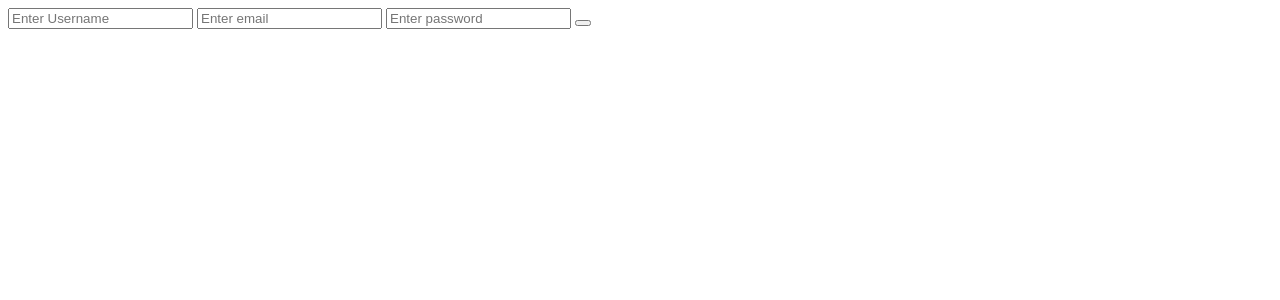
Repository: Mohitkumar1322/backend_dev
Page: http://localhost/register
An editor plug-in stored every save of this project. The page is shown before and after the next save, followed by the edit.
The browser window is 1280 px wide. The pictures show the whole page.
The page is served by the project's Node server (app.js). Other server files are loaded and not shown.

Above is the page before, as saved 2024-10-30 21:56:18.

### views/register.ejs
<!DOCTYPE html>
<html lang="en">
<head>
    <meta charset="UTF-8">
    <meta name="viewport" content="width=device-width, initial-scale=1.0">
    <title>Document</title>
</head>
<body>
    <form action="">
        <input type="text" name ="username" placeholder="Enter Username">
        <input type="email" name="email" placeholder="Enter email">
        <input type="password" name="password" placeholder="Enter password">
        <button></button>
    </form>
</body>
</html>

### app.js
const express = require('express');
const morgan = require('morgan');
const app = express();
const dbConnection = require('./config/db');
const userModel = require('./models/user');
//this is the view engine that we are using  for the app

app.use(morgan('dev'))
//this is the view engine that we are using  for the app this morgan is used to log the request that we are making to the server
app.set('view engine', 'ejs');

app.use(express.urlencoded({extended: true}))
//this is the middleware that we are using for the app to parse the data that we are sending to the server
app.use(express.static('public'))
//this is the middleware that we are using for the app to use the static files that we are using for the app
app.use(express.json())


//this is middlware that we are using for the app
app.use((req, res, next) => {
    console.log('Middleware is running')
    //this is the next function that we are using for the app which is used to move to the next middleware
    return next();

})


// routing for the app express is a function that returns an object
app.get('/', (req, res) => {
    res.render('index');
})

app.get('/register',(req, res) => {
    res.render('register')
})

app.post('/form-data', (req, res) => {
    console.log(req.body)
    res.send('data recieves')
})

app.listen(3000, () => {
    console.log('Server is running on port 3000');
})

After the next save:
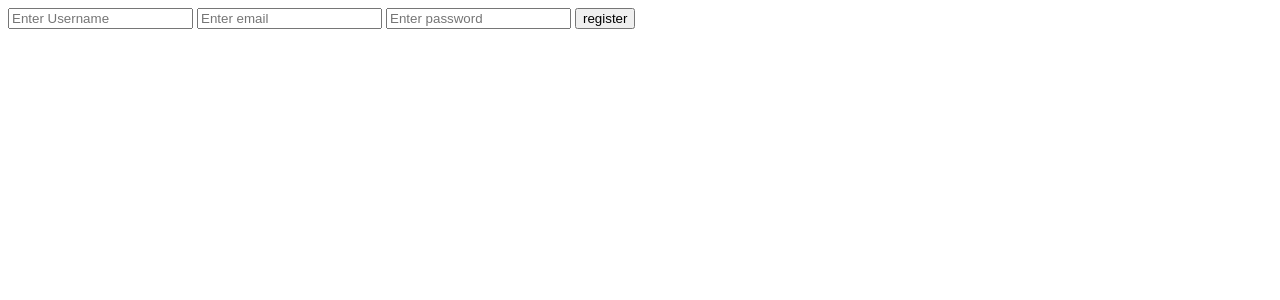
Saved 31 s later.
--- a/views/register.ejs
+++ b/views/register.ejs
@@ -10,7 +10,7 @@
         <input type="text" name ="username" placeholder="Enter Username">
         <input type="email" name="email" placeholder="Enter email">
         <input type="password" name="password" placeholder="Enter password">
-        <button></button>
+        <button>register</button>
     </form>
 </body>
 </html>
